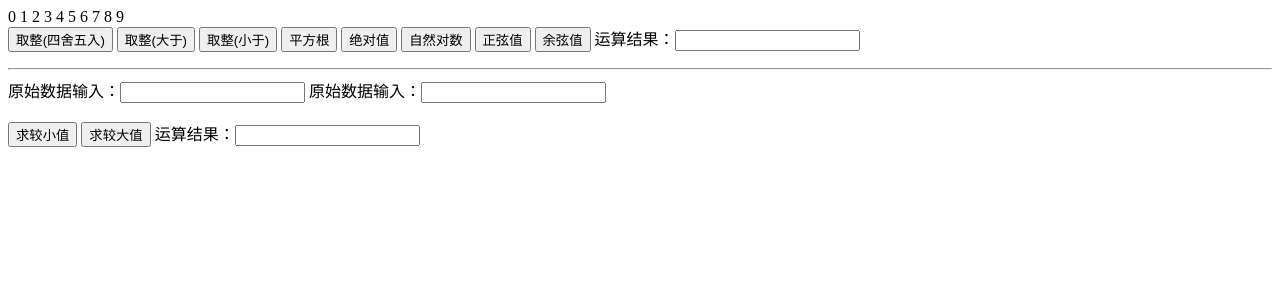
Repository: 1325718308/-
Page: js-demo/demo4.html
The author's editor kept a copy of each file at every save. The page is drawn from the files as they stood at one save, then again after a run of saves.
The browser window is 1280 px wide. The pictures show the whole page.

Above is the page before, as saved 2019-05-05 16:10:35.

After the next 2 saves:
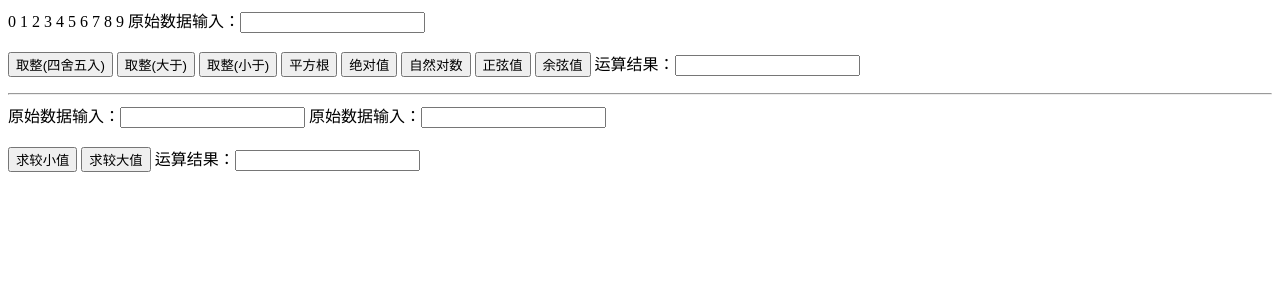
The 2 saves are shown as one change because they came seconds apart.
The last was saved 12 s later.
--- a/js-demo/demo4.html
+++ b/js-demo/demo4.html
@@ -27,6 +27,9 @@
             myArr[j]()
         }
     </script>
+    原始数据输入：<input type="text" id="dh1" name="shuru" value="" />
+    <br>
+    <br />
     <form name="f1" action="" method="post">
         <input id="1" type="button" name="QuZheng" value="取整(四舍五入)" onclick="javascript:start(1)" />
         <input id="2" type="button" value="取整(大于)" onclick="javascript:start(2)" />
